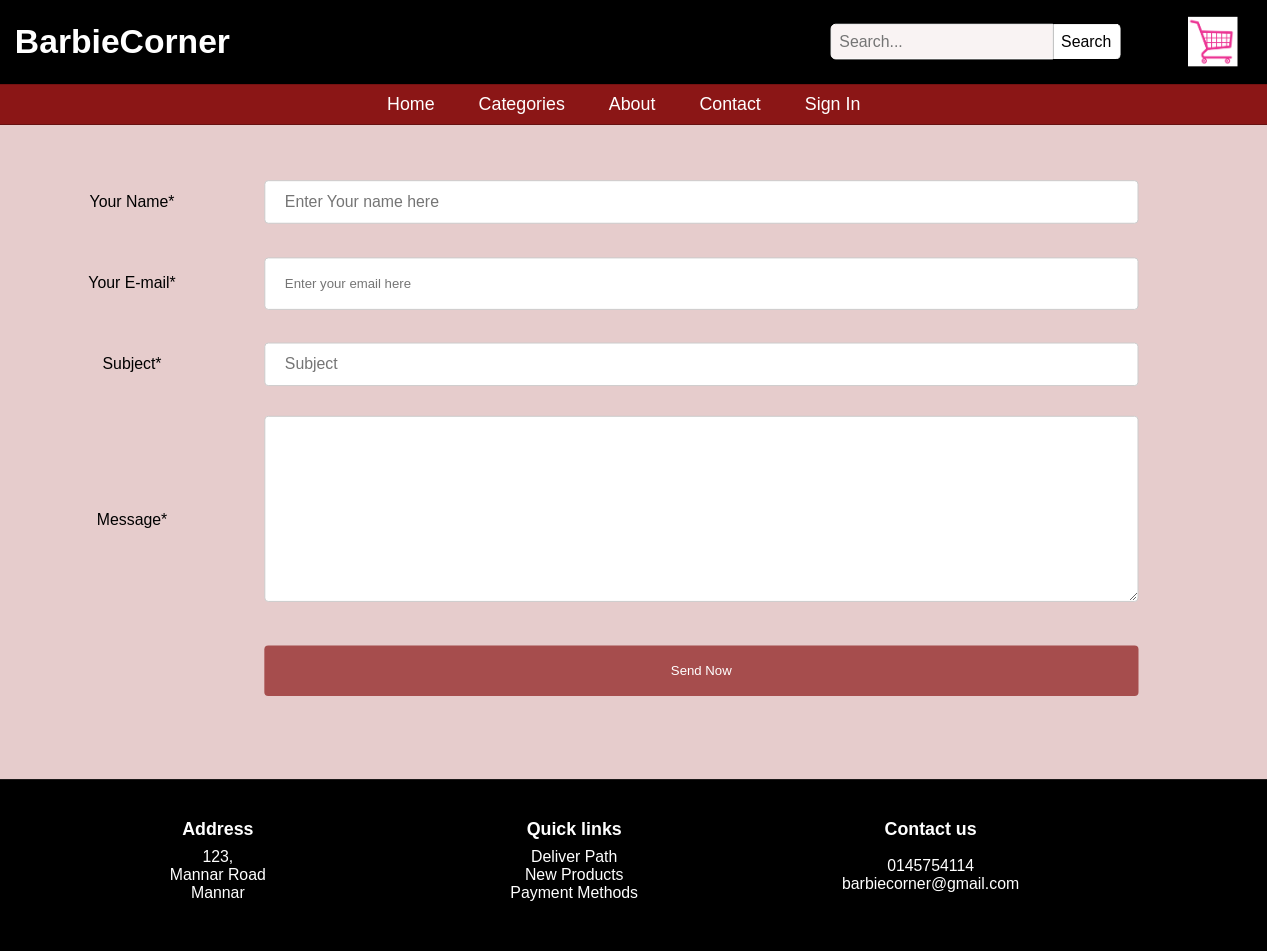
Repository: Hansani-Nayanathara/BarbieCorner-E-commerce-web-site
Page: http://localhost/Order
An editor plug-in stored every save of this project. The page is shown before and after the next save, followed by the edit.
The browser window is 1280 px wide. The pictures show the whole page, at 99% of full size.
The page is this project's Thymeleaf template; nobody is signed in. The template is opened directly, without the code that normally fills it, so the values that code supplies are empty.

Above is the page before, as saved 2023-07-30 14:17:50.

After the next save:
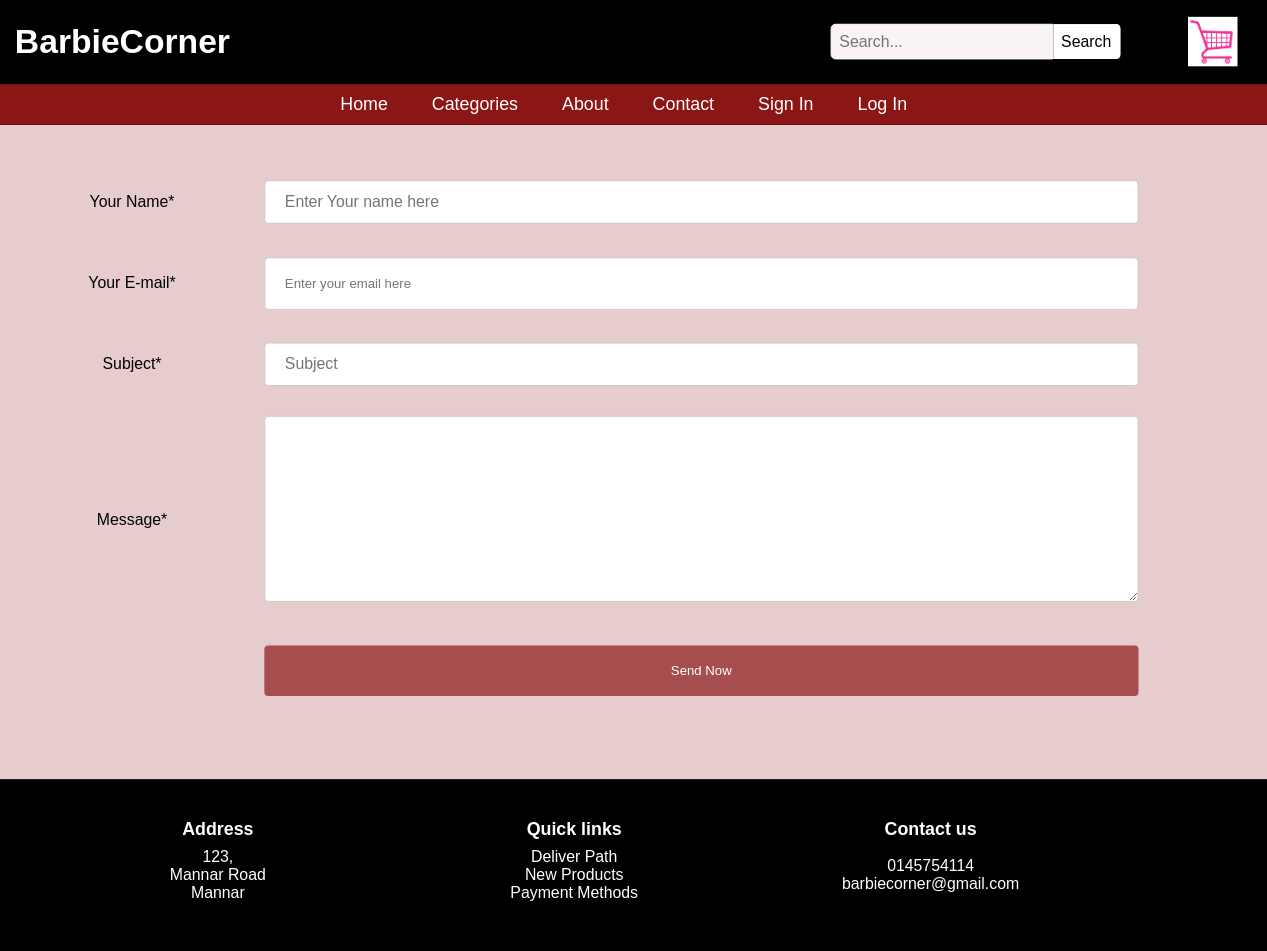
Saved 7 s later.
--- a/Barbie/Barbie/src/main/resources/templates/Order.html
+++ b/Barbie/Barbie/src/main/resources/templates/Order.html
@@ -106,6 +106,45 @@ input[type=email], select {
 					  </div>
 
 					   <script src="script.js"></script>
+
+					   					<li><a id="open-login-popup">Log In</a></li>
+					<div class="popup-overlay" id="login-popup-overlay">
+    <div class="popup-message">
+      <h4>Log in</h4>
+      <form>
+        <label for="login-name">Name:</label>
+        <input type="text" id="login-name" placeholder="Enter your name">
+
+        <label for="login-password">Password:</label>
+        <input type="password" id="login-password" placeholder="Enter your password">
+
+        <button type="submit" id="login-submit-btn">Log In</button>
+        <button type="button" id="close-login-popup">Close</button>
+      </form>
+    </div>
+  </div>
+
+  <script>
+    document.getElementById("open-popup").addEventListener("click", function() {
+      document.getElementById("popup-overlay").style.display = "block";
+      document.body.style.backgroundColor = "rgba(0, 0, 0, 0.5)";
+    });
+
+    document.getElementById("close-popup").addEventListener("click", function() {
+      document.getElementById("popup-overlay").style.display = "none";
+      document.body.style.backgroundColor = "initial";
+    });
+
+    document.getElementById("open-login-popup").addEventListener("click", function() {
+      document.getElementById("login-popup-overlay").style.display = "block";
+      document.body.style.backgroundColor = "rgba(0, 0, 0, 0.5)";
+    });
+
+    document.getElementById("close-login-popup").addEventListener("click", function() {
+      document.getElementById("login-popup-overlay").style.display = "none";
+      document.body.style.backgroundColor = "initial";
+    });
+  </script>
     		 </ul>
     	</nav>
     </div>
